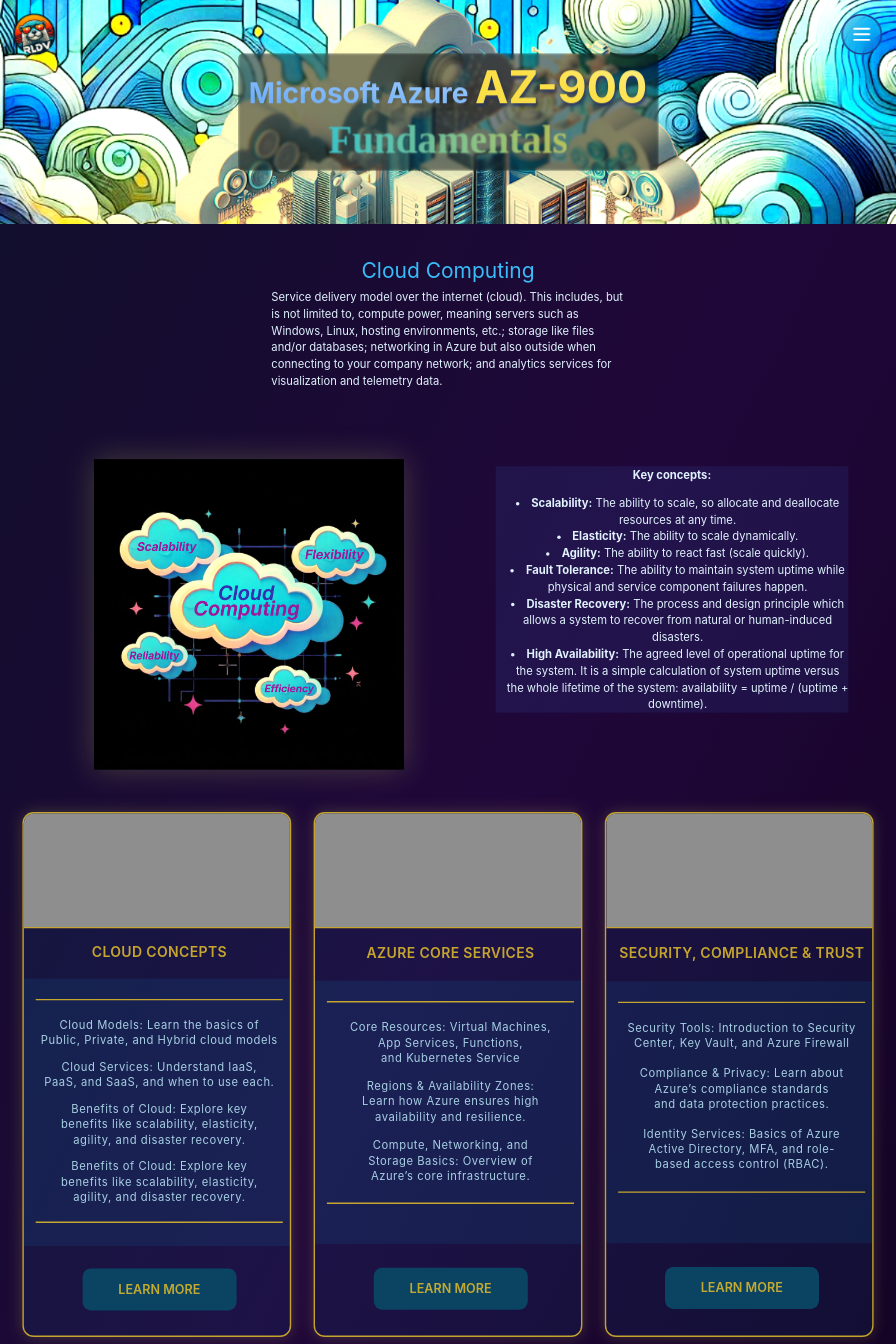
Repository: Freezler/az-900_svelte5
Page: /
An editor plug-in stored every save of this project. The page is shown before and after a run of saves, followed by the edit.
The browser window is 1280 px wide. The pictures show the part of the page from y = 0 to 1920 px (the page is 2638 px tall before and 2702 px after), at 70% of full size.
Pictures or frames that could not be fetched are drawn as grey boxes. The project was rebuilt for these pictures with package versions that can differ from the ones it lists, and the page was loaded fresh each time. The framework's server and built-in components were replaced by stand-ins that run in the browser. Also part of the build but not shown: vite.config.ts.

Above is the page before, as saved 2024-11-10 10:39:48.

### src/app.html
<!doctype html>
<html lang="en">
	<head>
		<meta charset="utf-8" />
		<link rel="icon" href="%sveltekit.assets%/favicon.png" />
		<meta name="viewport" content="width=device-width, initial-scale=1" />
		%sveltekit.head%
	</head>
	<body data-sveltekit-preload-data="hover" >
		<div style="display: contents">%sveltekit.body%</div>
	</body>
</html>

### src/routes/+layout.svelte
<script lang="ts">
	import '../app.css';
	let { children } = $props();

</script>

<div class="bg-gradient-to-br from-[#0d0c28fc] via-[#1b0135f9] to-[#10021e] bg-cover bg-center bg-no-repeat ">{@render children()}</div>

### src/routes/+page.svelte
<script lang="ts">
	import ComputingArticle from '../components/ComputingArticle.svelte';

	import Toggle from '../components/Toggle.svelte';
	import Header from '../components/Header.svelte';
	import Popover from '../components/Menu.svelte';
	import Cards from '../components/Cards.svelte';
	import Login from '../components/Login.svelte';
</script>

<header class="">
	<Popover />
	<Header />
</header>
<main>
	<section>
		<ComputingArticle />
		<Cards />
	</section>
	<aside><Toggle /></aside>
	<footer><Login /></footer>
</main>

### src/app.css
@tailwind base;
@tailwind components;
@tailwind utilities;

:root {
  --text-color  : rgba(244, 205, 48, 0.888);
  --bg-color    : hsla(217, 87%, 3%, 0.298);
  --bg-color2   : hsla(299, 91%, 31%, 0.974);
  --bg-gradient : 135deg, rgba(237, 249, 10, .7) 0%, rgba(216, 204, 37, 0.7) 35%, rgba(0, 212, 255, 0.7) 100%;
  --bg-gradient2: 90deg, rgba(216, 204, 37, 0.5) 0%, rgba(0, 212, 255, 0.5) 70%;
}

* {
  margin     : 0;
  padding    : 0;
  box-sizing : border-box;
  user-select: none;
  /* outline : 1px dotted red; */
}

body {
  font-family: 'Inter', sans-serif;


}

### src/components/ComputingArticle.svelte
<div class="grid items-center justify-center gap-2 place-self-center text-sky-100 max-w-[50ch]  pt-12">
	<h2 class="text-3xl text-center text-sky-400">Cloud Computing</h2>
	<p>
		Service delivery model over the internet (cloud). This includes, but is not limited to, compute
		power, meaning servers such as Windows, Linux, hosting environments, etc.; storage like files
		and/or databases; networking in Azure but also outside when connecting to your company network;
		and analytics services for visualization and telemetry data.
	</p>
</div>

<section class="grid items-center grid-cols-1 lg:grid-cols-2 justify-center place-items-center z-10 text-center">
	<img
		src="../public/images/cloud.png"
		alt="cloudSolutions"
		loading="lazy"

		class=" text-sky-100 drop-shadow-[0_0px_22px_rgba(255,255,99,0.2)] w-[572px] "
	/>
	<article
		class="my-8 grid items-center justify-center gap-4 place-self-center bg-blue-500/10  text-sky-100 lg:max-w-[50ch] w-[572px]"
	>
		<p><strong>Key concepts:</strong></p>
		<ul class="list-inside list-disc pl-4">
			<li>
				<strong>Scalability:</strong> The ability to scale, so allocate and deallocate resources at any
				time.
			</li>
			<li><strong>Elasticity:</strong> The ability to scale dynamically.</li>
			<li><strong>Agility:</strong> The ability to react fast (scale quickly).</li>
			<li>
				<strong>Fault Tolerance:</strong> The ability to maintain system uptime while physical and service
				component failures happen.
			</li>
			<li>
				<strong>Disaster Recovery:</strong> The process and design principle which allows a system to
				recover from natural or human-induced disasters.
			</li>
			<li>
				<strong>High Availability:</strong> The agreed level of operational uptime for the system. It
				is a simple calculation of system uptime versus the whole lifetime of the system: availability
				= uptime / (uptime + downtime).
			</li>
		</ul>
	</article>
</section>

### src/components/Toggle.svelte
<script lang="ts">

	let name = $state('Randy');
	let status: 'DARK' | 'LIGHT' = $state('DARK');
	let full_name = $derived(name + ' ' + 'de vries');

	function toggle() {
		status = status === 'DARK' ? 'LIGHT' : 'DARK';
	}

	function onclick() {
		status = status === 'DARK' ? 'LIGHT' : 'DARK';
		window.document.body.classList.toggle('dark-mode')
	}
</script>

<div class="max-w-[400px] mx-auto grid place-items-center items-center justify-center gap-2 border-2 p-4  py-8 my-4 bg-yellow-600/10">
		<p class="text-2xl font-serif text-white ">
			set theme: <span class="font-sans {status === 'LIGHT' ? 'text-gray-200' : 'text-red-900'}">{status}</span>
		</p>

		<!-- <button on:click={toggle}>toggle status</button> -->
		<button
			class=" w-[176px] rounded bg-blue-500 px-4 py-2 font-bold text-white hover:bg-blue-700 active:scale-[.98]"
			type="button"
			onclick={toggle}>Toggle theme</button
		>
	</div>

### src/components/Header.svelte
<script lang="ts">
	// Declare props
	let { name = 'AZ-900' } = $props();

	// Local state for the surname
	let surname = $state('Fundamentals');

	// Derived state for the full name
	let full_name = $derived(`${name} ${surname}`);
</script>

<div
	class="max-w-[100svw] z-100 mx-auto grid h-80 place-content-center place-items-center items-center justify-center bg-[url('/public/images/headImage.png')] bg-cover bg-top"
>
	<div class="grid backdrop-blur-[2px] px-4 rounded-lg backdrop-brightness-[.50] pb-4">
		<h1
			class="shadow-[rgba(7, 25, 224, 0.9)] drop bg-clip-text text-center text-[clamp(1rem,5vw,2.5rem)] font-bold text-transparent bg-gradient-to-tr from-blue-400 via-blue-300 to-blue-700  drop-shadow-[-2px_2px_2px_rgba(137, 25, 224, 0.9)]"
		>
			Microsoft Azure <span
				class="bg-gradient-to-tr from-yellow-300 via-yellow-300 to-yellow-200 bg-clip-text text-[clamp(2.8rem,5vw,8.5rem)] font-bold text-transparent drop-shadow-[2px_4px_2px_rgba(36,50,100,0.9)]"
				>{name}</span
			>
		</h1>
		<h3
			class="bg-clip-text text-6xl text-center text-[clamp(1rem,5vw,3.5rem)] font-[700] font-[montserrat] bg-gradient-to-r from-[hsl(192,88%,51%)] via-[--hsl(192,88%,71%)] to-[--text-color]  pb- text-transparent drop-shadow-[2px_4px_32px_rgba(6,100,150,0.9)] backdrop-brightness-[.90] "
		>
			{surname}
		</h3>
	</div>
</div>

### src/components/Menu.svelte
<script lang="ts">
	import { cubicInOut } from 'svelte/easing';
	import { fly } from 'svelte/transition';
	let showMenu: boolean = $state(false);


</script>

	<!-- Your existing code -->

<img
	src="/public/images/Design 2.png"
	alt="Ran form Logo"
	class="fixed left-[16px] top-[16px] w-[64px] rounded-full z-[200]"
/>
<button
	onclick={() => (showMenu = !showMenu)}
	class="fixed right-[20px] top-[20px] flex  h-[58px] w-[58px] items-center justify-center rounded-full bg-blue-600/20 backdrop-blur text-white border-2 border-blue-900"
>
	<svg
		xmlns="http://www.w3.org/2000/svg"
		class="h-8 w-8"
		fill="none"
		viewBox="0 0 24 24"
		stroke="currentColor"
	>
		{#if showMenu}
			<path
				stroke-linecap="round"
				stroke-linejoin="round"
				stroke-width="2"
				d="M6 18L18 6M6 6l12 12"
			/>
		{:else}
			<path
				stroke-linecap="round"
				stroke-linejoin="round"
				stroke-width="2"
				d="M4 6h16M4 12h16M4 18h16"
			/>
		{/if}
	</svg>
</button>

{#if showMenu}
	<ul
		class="items-center justify-center fixed bottom-0 right-0 z-100 grid h-[50vh] w-[100vw] border-t border-blue-900 place-content-center bg-blue-600/20 backdrop-blur text-white uppercase text-center text-xl z-[200]"
		transition:fly={{ y: 100, duration: 420, easing: cubicInOut }}
	>
		<li class="px-2 py-4 w-[80vw] underline underline-offset-4 transition-colors ease-linear duration-400 hover:bg-blue-600/20 rounded-t-lg  bg-blue-200/30">
			<a href="/">Home</a>
		</li>
		<li class=" px-2 py-4 transition-colors hover:underline underline-offset-4  ease-linear duration-400 hover:bg-blue-600/20  bg-blue-200/30">
			<a href="/concepts">Concepts</a>
		</li>
		<li class=" px-2 py-4 transition-colors hover:underline underline-offset-4 ease-linear duration-400 hover:bg-blue-600/20  bg-blue-200/30">
			<a href="/security">Security</a>
		</li>
		<li class="px-2 py-4 transition-colors  hover:underline underline-offset-4 ease-linear duration-400 hover:bg-blue-600/20 rounded-b-lg  bg-blue-200/30">
			<a href="/services">Services</a>
		</li>
	</ul>
{/if}

### src/components/Cards.svelte
<script>
	import { goto } from '$app/navigation';
	// Define your plans as an array of objects
	const concepts = [
		{
			url: 'concepts',
			image:
				'https://learn.microsoft.com/training/achievements/microsoft-azure-fundamentals-describe-cloud-concepts-social.png',
			name: 'Cloud Concepts',
			features: [
				'Cloud Models: Learn the basics of Public, Private, and Hybrid cloud models',
				'Cloud Services: Understand IaaS, PaaS, and SaaS, and when to use each.',
				'Benefits of Cloud: Explore key benefits like scalability, elasticity, agility, and disaster recovery.',
				'Benefits of Cloud: Explore key benefits like scalability, elasticity, agility, and disaster recovery.'

			]
		},
		{
			url: 'services',
			image:
				'https://images.unsplash.com/photo-1667372459510-55b5e2087cd0?q=80&w=1932&auto=format&fit=crop&ixlib=rb-4.0.3&ixid=M3wxMjA3fDB8MHxwaG90by1wYWdlfHx8fGVufDB8fHx8fA%3D%3D',
			name: 'Azure Core Services',
			features: [
				'Core Resources: Virtual Machines, App Services, Functions, and Kubernetes Service',
				'Regions & Availability Zones: Learn how Azure ensures high availability and resilience.',
				'Compute, Networking, and Storage Basics: Overview of Azure’s core infrastructure.'
			]
		},
		{
			url: 'security',
			image:
				'https://plus.unsplash.com/premium_photo-1700830452756-1a3f4314e564?q=80&w=1674&auto=format&fit=crop&ixlib=rb-4.0.3&ixid=M3wxMjA3fDB8MHxwaG90by1wYWdlfHx8fGVufDB8fHx8fA%3D%3D',
			name: 'Security, Compliance & Trust',
			features: [
				'Security Tools: Introduction to Security Center, Key Vault, and Azure Firewall',
				'Compliance & Privacy: Learn about Azure’s compliance standards and data protection practices.',
				'Identity Services: Basics of Azure Active Directory, MFA, and role-based access control (RBAC).'
			]
		}
	];
</script>

<section
	class="z-10 grid grid-rows-1 gap-8 py-8 md:grid-cols-2 md:gap-8 md:px-8 xl:grid-cols-3"
>
	{#each concepts as concept}
		<div
			class=" pt-1  grid grid-rows-[148px_64px_auto_auto] place-items-center overflow-hidden rounded-2xl border-2 border-[--text-color] bg-sky-600/10 pb-9 shadow-[0_0px_22px_rgba(255,255,99,0.2)] brightness-90 transition duration-700 hover:scale-[1.001] hover:border-[hsla(184,69%,60%,1)] hover:shadow-[2px_6px_12px_rgba(22,125,22,0.9)]"
		>
			<img
				src={concept.image}
				class=" z-10 h-[172px] pt-2  w-full border-b-2 border-[--text-color] object-cover object-center hover:border-[hsla(184,69%,60%,1)]"
				loading="lazy"
				alt="concept"
			/>
			<div class="row-span-2 grid grid-cols-subgrid place-items-center items-center justify-center">
				<h2 class="] mt-[28px] text-xl font-semibold uppercase tracking-wide text-[--text-color]">
					{concept.name}
				</h2>
			</div>

			<div
				class=" row-span-12 my-5 w-full grid grid-rows-subgrid place-items-start items-start gap-4 text-pretty border border-transparent bg-sky-500/10 px-4 pt-7 pb-6 text-center"
			>
				{#each concept.features as feature}
					<h3
						class="border-b-1 mx-auto  grid w-[35ch]  grid-rows-subgrid text-balance border-[--text-color] px-0 text-[14px] font-normal leading-snug tracking-wider text-sky-200 py-0 first:border-t-2 first:pt-6 last:pb-6 last:border-b-2 lg:text-[16px] border-s-fuchsia-400 ">
						{feature}
					</h3>
				{/each}
			</div>
			<button
				type="button"
				class="mx-auto mt-3 w-[220px] grid-cols-subgrid rounded-xl border-[2px_solid_var(--text-color)] bg-sky-900 px-8 py-4 text-base font-semibold uppercase text-[--text-color] transition duration-[420ms] hover:bg-sky-500 hover:text-white hover:shadow-[2px_2px_22px_rgb(65,183,255,0.9)] md:text-lg lg:text-lg"
				><a href="/{concept.url}">Learn more</a></button
			>
		</div>
	{/each}
</section>

### src/components/Login.svelte
<script>
	import { onMount } from 'svelte';
	let user = $state('Stranger');
	/**
	 * @param {any} response
	 */
	function googleLoginEndpoint(response) {
	  console.log('Google login successful:', response);
	}

	// onMount(() => {
	//   const script = document.createElement("script");
	//   script.src = "https://accounts.google.com/gsi/client";
	//   script.async = true;
	//   script.defer = true;
	//   document.head.appendChild(script);
	// });
</script>

<div class="relative flex min-h-[60vh] items-center justify-center py-16 ">
	<div class="flex w-full max-w-4xl flex-col overflow-hidden rounded-lg shadow-lg md:flex-row">
		<!-- Left side: Logo and Welcome message -->
		<div
			class="flex flex-col items-center justify-center bg-[url('/public/images/headImage.png')] bg-cover bg-center object-cover p-14 text-white md:w-1/2 "
		>
			<img
				src="/public/images/Design 2.png"
				alt="Ran form Logo"
				class="mb-4 h-40 w-40 rounded-full"
			/>
			<h2 class="text-2xl font-semibold p-2 rounded-xl bg-slate-600/50  ">Good Evening {user}!</h2>
			<p class="mt-2 text-center text-lg rounded-xl bg-slate-600/50  p-2 ">Log in to your account!</p>
		</div>

		<!-- Right side: Login Form -->
		<div
			class="flex flex-col items-center justify-center  h-[50vh] bg-blue-600/40 backdrop-blur pt-8 "
		>
			<!-- Google Login Button -->
			<div
				id="g_id_onload"
				data-client_id="YOUR_GOOGLE_CLIENT_ID"
				data-context="signin"
				data-callback="googleLoginEndpoint"
				data-close_on_tap_outside="false"
				data-prompt_parent_id="g_id_onload"
			></div>

			<button
				class="flex w-3/5 items-center justify-center space-x-2 rounded-full border border-gray-300 bg-white py-2 shadow-md hover:bg-gray-50 focus:outline-none"
			>
				<span class="fab fa-google text-gray-500"></span>
				<span class="text-gray-700">Continue with Google</span>
			</button>

			<!-- Divider -->
			<div class="my-4 flex w-full items-center">
				<hr class="flex-grow border-t border-gray-300" />
				<span class="px-3 text-gray-500">OR</span>
				<hr class="flex-grow border-t border-gray-300" />
			</div>

			<!-- Email Login Button -->
			<button
				class="flex w-3/5 items-center justify-center space-x-2 rounded-full border border-gray-300 bg-white py-2 shadow-md hover:bg-gray-50 focus:outline-none"
			>
				<span class="fa fa-user text-gray-500"></span>
				<span class="text-gray-700">Enter Email & Password</span>
			</button>

			<!-- Sign up and Terms Links -->
			<div class=" w-full text-center">
				<p class="text-sm text-red-300">
					Don't have an account? <a href="_blank" class="text-blue-600 hover:underline">Sign up</a>
				</p>
				<p class="mt-0 text-xs text-gray-500 w-[50ch]">
					By continuing, you agree to our <a href="_blank" target="_blank" class="hover:underline"
						>Terms of Service</a
					>
					and
					<a href="_blank" target="_blank" class="hover:underline">Privacy Policy</a>.
				</p>
			</div>
		</div>
	</div>
</div>

### tailwind.config.ts
import aspectRatio from '@tailwindcss/aspect-ratio';
import containerQueries from '@tailwindcss/container-queries';
import forms from '@tailwindcss/forms';
import typography from '@tailwindcss/typography';
// import type { Config } from 'tailwindcss';

export default {
	content: ['./src/**/*.{html,js,svelte,ts}'],


	theme: {
		extend: {
			animation: {



			},

			keyframes: {

			}

		}
	},

	plugins: [typography, forms, containerQueries, aspectRatio]
}

After the next 4 saves:
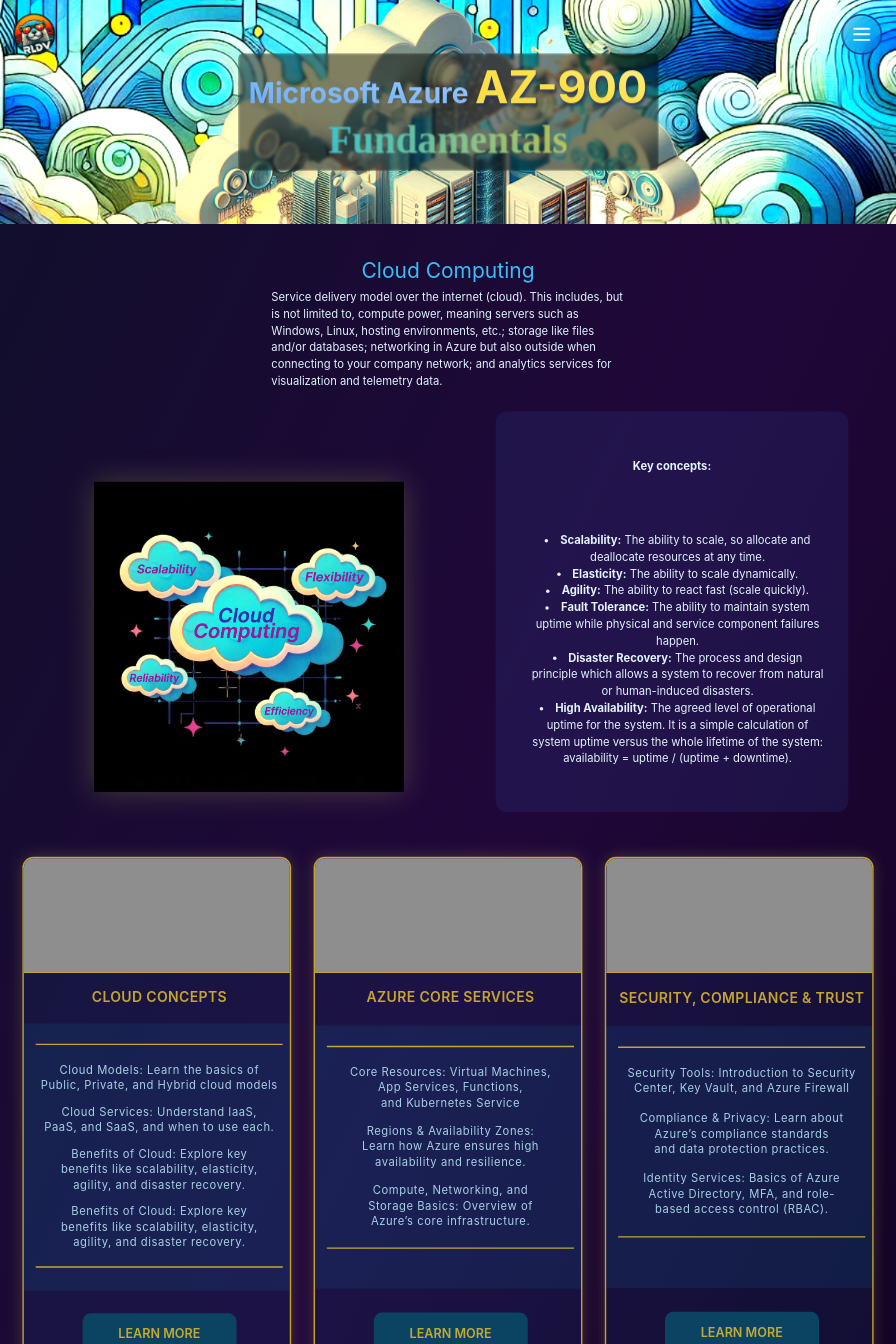
The 4 saves are shown as one change because they came seconds apart.
The last was saved 18 s later.
--- a/src/components/ComputingArticle.svelte
+++ b/src/components/ComputingArticle.svelte
@@ -17,7 +17,7 @@
 		class=" text-sky-100 drop-shadow-[0_0px_22px_rgba(255,255,99,0.2)] w-[572px] "
 	/>
 	<article
-		class="my-8 grid items-center justify-center gap-4 place-self-center bg-blue-500/10  text-sky-100 lg:max-w-[50ch] w-[572px]"
+		class="my-8 grid items-center justify-center gap-4 place-self-center bg-blue-500/10  text-sky-100 lg:max-w-[50ch] w-[572px] h-[572px] rounded-2xl p-8"
 	>
 		<p><strong>Key concepts:</strong></p>
 		<ul class="list-inside list-disc pl-4">

After the save that followed:
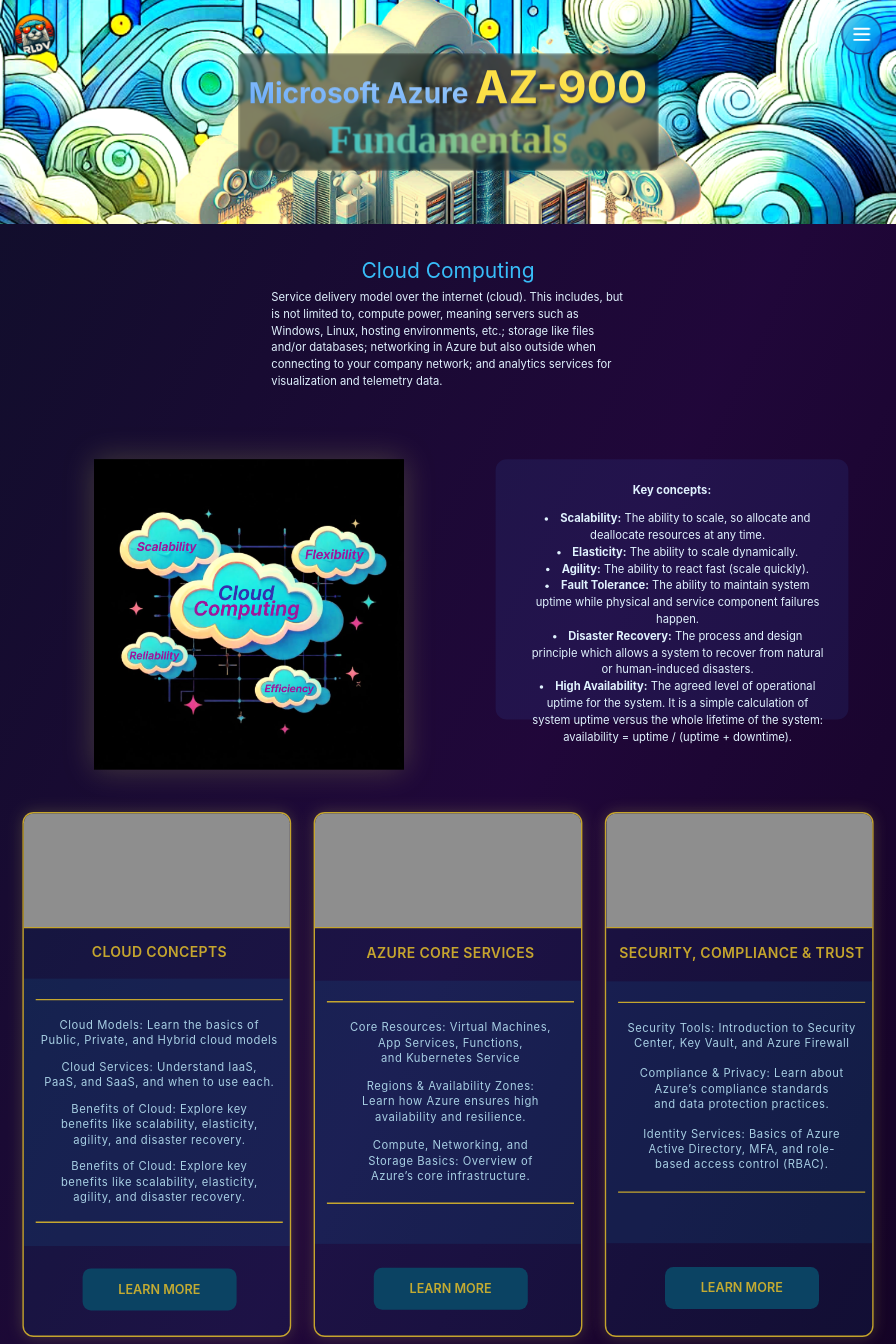
Saved 7 s later.
--- a/src/components/ComputingArticle.svelte
+++ b/src/components/ComputingArticle.svelte
@@ -17,7 +17,7 @@
 		class=" text-sky-100 drop-shadow-[0_0px_22px_rgba(255,255,99,0.2)] w-[572px] "
 	/>
 	<article
-		class="my-8 grid items-center justify-center gap-4 place-self-center bg-blue-500/10  text-sky-100 lg:max-w-[50ch] w-[572px] h-[572px] rounded-2xl p-8"
+		class="my-8 grid items-center justify-center gap-4 place-self-center bg-blue-500/10  text-sky-100 lg:max-w-[50ch] w-[572px] h-[372px] rounded-2xl p-8"
 	>
 		<p><strong>Key concepts:</strong></p>
 		<ul class="list-inside list-disc pl-4">
